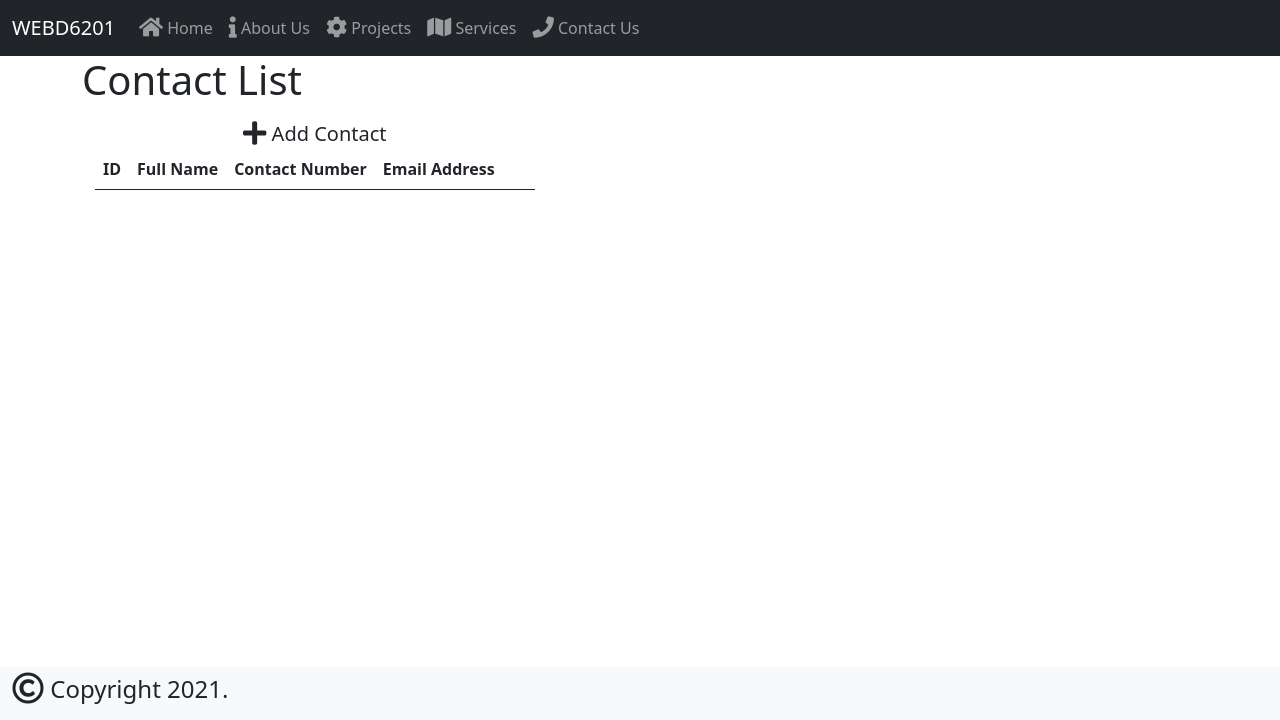
Repository: GarlicButterBoy/WEBD6201-ICE04
Page: contact-list.html
An editor plug-in stored every save of this project. The page is shown before and after a run of saves, followed by the edit.
The browser window is 1280 px wide. The pictures show the whole page.

Above is the page before, as saved 2021-02-10 09:21:18.

After the next 4 saves:
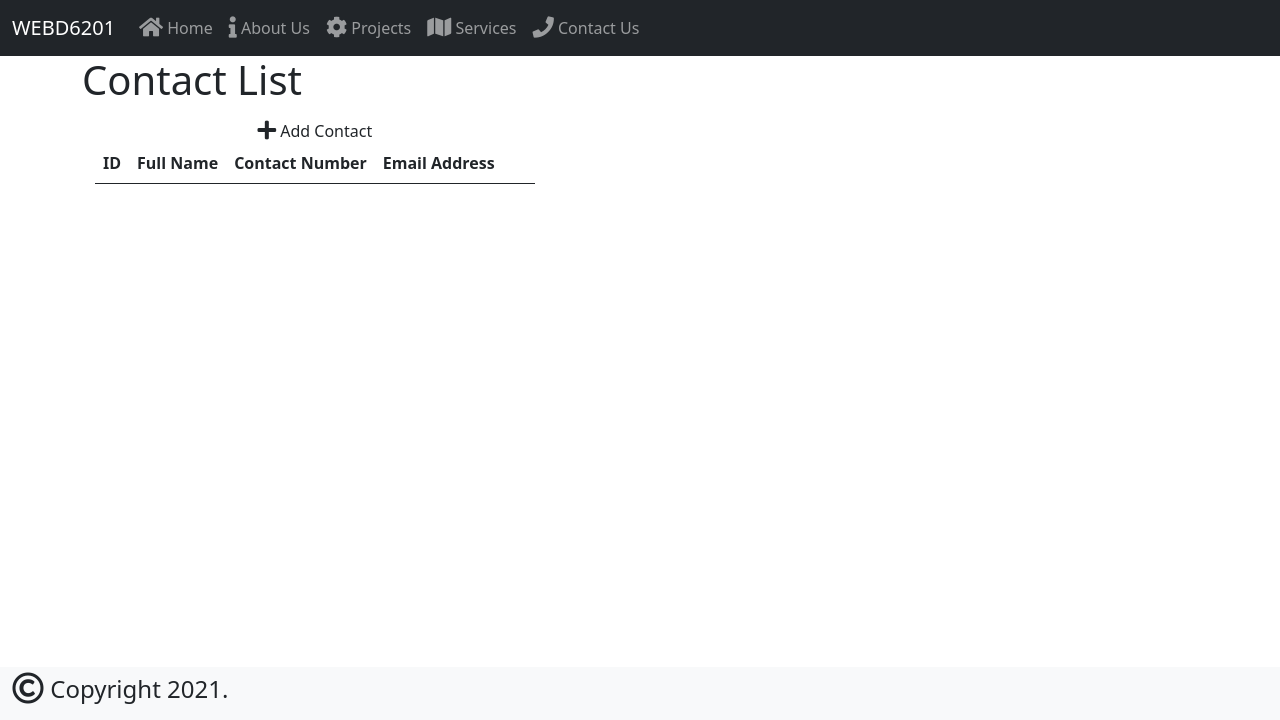
The 4 saves are shown as one change because they came seconds apart.
The last was saved 39 s later.
--- a/contact-list.html
+++ b/contact-list.html
@@ -53,7 +53,7 @@
         <div class="row">
           <div class="col">
 
-            <button class="btn"><btn-primary class="btn-lg"><i class="fas fa-plus fa-lg"></i> Add Contact</btn-primary>
+            <button class="btn" class="btn-primary btn-lg"><i class="fas fa-plus fa-lg"></i> Add Contact</>
             <table class="table table-striped">
             <thead>
               <tr>
